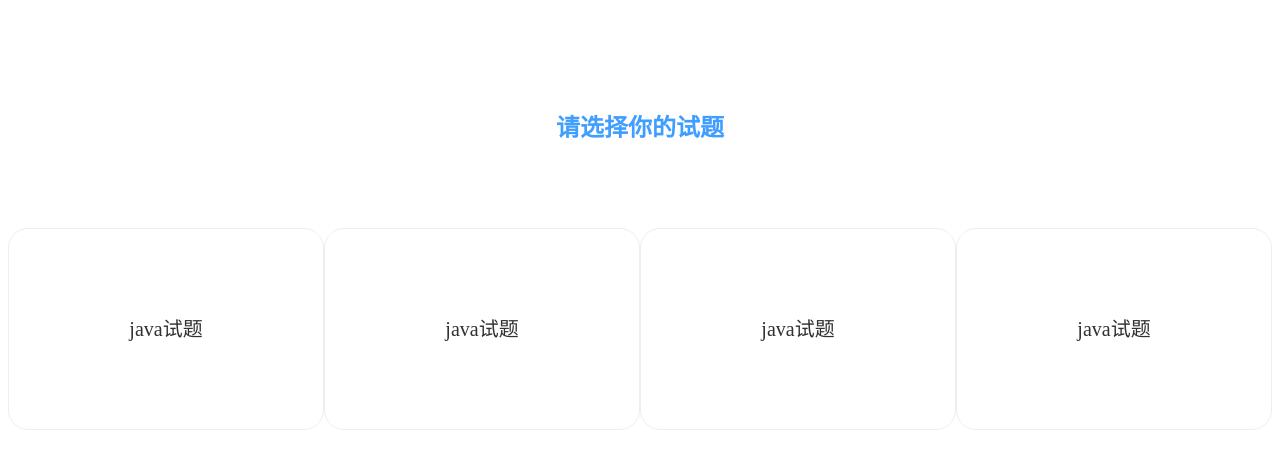
Repository: Fhup/OQP
Page: /home
These files come from the project's save history. The page is drawn as it stood at one moment and after the next save; the edit follows.
The browser window is 1280 px wide. The pictures show the whole page.
The project was rebuilt for these pictures with package versions that can differ from the ones it lists, and the page was loaded fresh each time.

Above is the page before, as saved 2021-11-28 09:13:20.

### index.html
<!DOCTYPE html>
<html>
  <head>
    <meta charset="utf-8">
    <meta name="viewport" content="width=device-width,initial-scale=1.0">
    <title>oqp</title>
  </head>
  <body>
    <div id="app"></div>
    <!-- built files will be auto injected -->
  </body>
</html>

### src/main.js
import Vue from 'vue'
import App from './App'
import router from './router'

import ElementUI from 'element-ui';
import 'element-ui/lib/theme-chalk/index.css';

Vue.config.productionTip = false


Vue.use(ElementUI);

new Vue({
    el: '#app',
    router,
    render: h => h(App)
})

### src/App.vue
<template>
  <div id="app">
    <router-view></router-view>
  </div>
</template>

<script>
export default {
    name: 'App',
}
</script>

<style scoped>
  @import url('assets/css/base.css');
</style>

### src/router/index.js
//配置路由相关的信息
import Vue from 'vue'
import Router from 'vue-router'

const home = () =>
    import ('views/home/home')
const login = () =>
    import ('views/login/login')



// Vue.use() 安装插件
Vue.use(Router);
// 对多次push进行处理
const originalPush = Router.prototype.push
Router.prototype.push = function push(location) {
    return originalPush.call(this, location).catch(err => err)
}

var routes = [{
        path: "",
        redirect: "/login"
    },
    {
        path: "/login",
        component: login
    },
    {
        path: "/home",
        component: home
    }
]

const router = new Router({
    mode: 'history',
    linkActiveClass: 'active',
    routes
})


//前置守卫(guard)
// router.beforeEach((to, from, next) => {
//     //从from到to 实现路由导航
//     document.title = to.matched[0].meta.title
//     next()
// })

//后置钩子(hook)
// router.afterEach((to, from) => {
//     // console.log('----------')
// })

export default router

### src/views/home/home.vue
<template>
<div class="home">
  <home-check/>
</div>
</template>

<script>
import homeCheck from './childCopms/homeCheck.vue';
export default {
  components: { homeCheck },
  name: 'Home',

  data() {
    return {

    };
  },

  mounted() {

  },

  methods: {

  },
};
</script>

<style scoped>

</style>

### src/views/home/childCopms/homeCheck.vue
<template>
  <div class="homecheck">
      <el-row>
        <el-col :span="24"><div class="top">
          <h2>请选择你的试题</h2>
        </div></el-col>
      </el-row>
      <div style="display:flex">
        <el-row v-for="(item,index) in type" :key="index" style="flex:1;min-width:300px">
          <home-check-item @click.native="check(item)"/>
        </el-row>
      </div>
  <el-dialog
    :title="checked"
    :visible.sync="dialogVisible"
    width="30%"
    :before-close="handleClose">
    <div>
      <div class="block">
        <span class="demonstration">选择试题个数(默认为10个)</span>
        <el-slider
          v-model="value"
          :step="10"
          :min="10"
          show-stops>
        </el-slider>
      </div>
    </div>
    <span slot="footer" class="dialog-footer">
      <el-button @click="dialogVisible = false">取 消</el-button>
      <el-button type="primary" @click="dialogVisible = false">确 定</el-button>
    </span>
  </el-dialog>
  </div>
</template>

<script>
import homeCheckItem from './homeCheckItem.vue';
export default {
  components: { homeCheckItem },
  name: 'homeCheck',

  data() {
    return {
      type:["java","c","javascript","vue"],
      dialogVisible: false,
      checked:null,
      value:[10,100]
    };
  },

  mounted() {

  },

  methods: {
    handleClose(done) {
        this.$confirm('确认关闭？')
          .then(_ => {
            done();
          })
          .catch(_ => {});
      },
    check(info){
      this.dialogVisible=true
      this.checked=info
    }
  },
};
</script>

<style scoped>
.homecheck{
    min-width: 1000px;
    user-select: none;
  }
  .top{
    height: 200px;
    line-height: 200px;
    text-align: center;
  }
  h2{
    cursor: help;
    color:  #409EFF;
  }
</style>

<style>
  .homecheck .grid-content {
    min-height: 200px;
    min-width: 200px;
    height: 200px;
    border-radius: 20px;
    line-height: 160px;
    text-align: center;
    font-size: 20px;
    cursor: pointer;
  }
  .homecheck .el-card{
    height: 200px;
    border-radius: 20px;
  }
</style>

### src/views/home/childCopms/homeCheckItem.vue
<template>
    <div class="grid-content">
        <el-card shadow="hover">
          java试题
        </el-card>
    </div>
</template>

<script>
export default {
  name: 'homeCheckItem',

  data() {
    return {
    };
  },

  mounted() {

  },

  methods: {

  },
};
</script>

<style scoped>

</style>

<style>

</style>

Loaded but not shown: src/assets/css/base.css (common file)

After the next save:
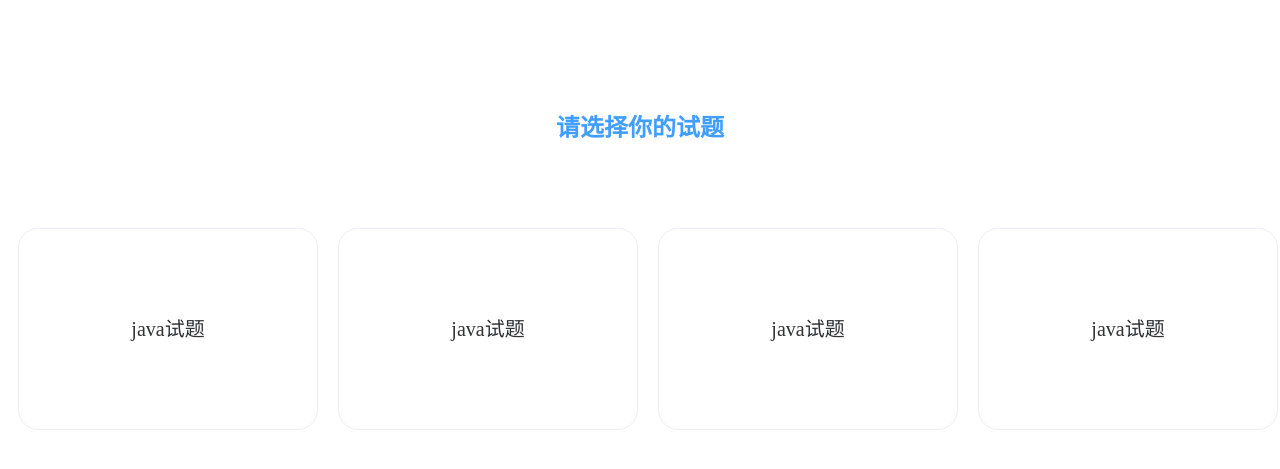
Saved 33 s later.
--- a/src/views/home/childCopms/homeCheck.vue
+++ b/src/views/home/childCopms/homeCheck.vue
@@ -6,7 +6,7 @@
         </div></el-col>
       </el-row>
       <div style="display:flex">
-        <el-row v-for="(item,index) in type" :key="index" style="flex:1;min-width:300px">
+        <el-row v-for="(item,index) in type" :key="index" style="flex:1;min-width:300px;margin:0 10px;">
           <home-check-item @click.native="check(item)"/>
         </el-row>
       </div>
